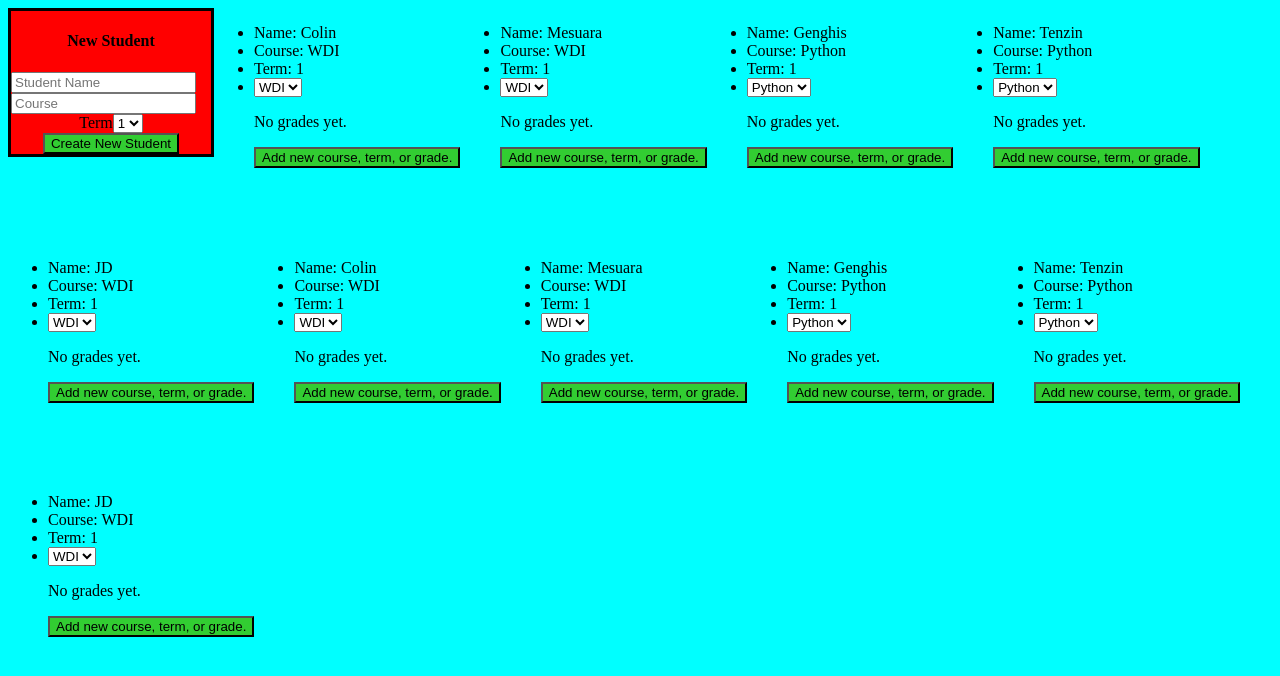
Repository: EdmontDantes/graderaide-ui
Page: index.html
An editor plug-in stored every save of this project. The page is shown before and after a run of saves, followed by the edit.
The browser window is 1280 px wide. The pictures show the whole page.

Above is the page before, as saved 2020-04-21 14:42:07.

### index.html
<html lang="en">
  <head>
    <title>Graderaide</title>
    <meta charset="UTF-8">
    <meta name="viewport" content="width=device-width, initial-scale=1">
    <link rel="stylesheet" type="text/css" href="style.css">
  </head>

  <body>
    <section class="app">
      <section class="student-display">

      <section class="new-student-input">
        <h1 id="text-h1-creation-section">New Student</h1>

        <div id="new-student-input-boxes">
          <!-- <label for="new-student-name">Student Name</label> -->
          <input id="new-student-name-input-box"type="text" class="new-student-name" name="new-student-name" placeholder="Student Name">
          <!-- <label for="new-student-course">Course</label> -->
          <input id="new-student-course-input-box" type="text" class="new-student-course" name="new-student-course" placeholder="Course">
        </div>

        <div id="new-student-input-options"
          <label for="new-student-term">Term</label>
          <select class="new-student-term" name="new-student-term">
            <option value="1">1</option>
            <option value="2">2</option>
            <option value="3">3</option>
          </select>
        </div>
        <section class="new-student-submit">
          <button type="submit" class="new-student-button">Create New Student</button>
        </section>
      </section>
    </section>

      <section class="student-display">
        <ul class="student-info">
          <li>Name: Colin</li>
          <li>Course: WDI</li>
          <li>Term: 1</li>
          <li>
            <select class="course-selection">
              <option value="wdi">WDI</option>
            </select>
            <p>No grades yet.</p>
          </li><button>Add new course, term, or grade.</button>
        </ul>
      </section>
      <section class="student-display">
        <ul class="student-info">
          <li>Name: Mesuara</li>
          <li>Course: WDI</li>
          <li>Term: 1</li>
          <li>
            <select class="course-selection">
              <option value="wdi">WDI</option>
            </select>
            <p>No grades yet.</p>
          </li><button>Add new course, term, or grade.</button>
        </ul>
      </section>

      <section class="student-display">
        <ul class="student-info">
          <li>Name: Genghis</li>
          <li>Course: Python</li>
          <li>Term: 1</li>
          <li>
            <select class="course-selection">
              <option value="python">Python</option>
            </select>
            <p>No grades yet.</p>
          </li><button>Add new course, term, or grade.</button>
        </ul>
      </section>

      <section class="student-display">
        <ul class="student-info">
          <li>Name: Tenzin</li>
          <li>Course: Python</li>
          <li>Term: 1</li>
          <li>
            <select class="course-selection">
              <option value="python">Python</option>
            </select>
            <p>No grades yet.</p>
          </li><button>Add new course, term, or grade.</button>
        </ul>
      </section>

      <section class="student-display">
        <ul class="student-info">
          <li>Name: JD</li>
          <li>Course: WDI</li>
          <li>Term: 1</li>
          <li>
            <select class="course-selection">
              <option value="wdi">WDI</option>
            </select>
            <p>No grades yet.</p>
          </li><button>Add new course, term, or grade.</button>
        </ul>
      </section>

      <section class="student-display">
        <ul class="student-info">
          <li>Name: Colin</li>
          <li>Course: WDI</li>
          <li>Term: 1</li>
          <li>
            <select class="course-selection">
              <option value="wdi">WDI</option>
            </select>
            <p>No grades yet.</p>
          </li><button>Add new course, term, or grade.</button>
        </ul>
      </section>
      <section class="student-display">
        <ul class="student-info">
          <li>Name: Mesuara</li>
          <li>Course: WDI</li>
          <li>Term: 1</li>
          <li>
            <select class="course-selection">
              <option value="wdi">WDI</option>
            </select>
            <p>No grades yet.</p>
          </li><button>Add new course, term, or grade.</button>
        </ul>
      </section>

      <section class="student-display">
        <ul class="student-info">
          <li>Name: Genghis</li>
          <li>Course: Python</li>
          <li>Term: 1</li>
          <li>
            <select class="course-selection">
              <option value="python">Python</option>
            </select>
            <p>No grades yet.</p>
          </li><button>Add new course, term, or grade.</button>
        </ul>
      </section>

      <section class="student-display">
        <ul class="student-info">
          <li>Name: Tenzin</li>
          <li>Course: Python</li>
          <li>Term: 1</li>
          <li>
            <select class="course-selection">
              <option value="python">Python</option>
            </select>
            <p>No grades yet.</p>
          </li><button>Add new course, term, or grade.</button>
        </ul>
      </section>

      <section class="student-display">
        <ul class="student-info">
          <li>Name: JD</li>
          <li>Course: WDI</li>
          <li>Term: 1</li>
          <li>
            <select class="course-selection">
              <option value="wdi">WDI</option>
            </select>
            <p>No grades yet.</p>
          </li><button>Add new course, term, or grade.</button>
        </ul>
      </section>
      </section>
    </section>
  </body>
</html>

### style.css
@media (min-width: 601px) and (max-width: 1100px);
body {
    background-color: aqua;
    display: flex;
    flex-wrap: wrap;
    justify-content: center;
}

.app {
    display: flex;
    flex-direction: row;
    flex-wrap: wrap;
}

#text-h1-creation-section {
    display: flex;
    flex-wrap: wrap;
    justify-content: center;
}

#new-student-input-options {
    display: flex;
    flex-wrap: wrap;
    justify-content: center;
}

.new-student-submit {
    display: flex;
    flex-wrap: wrap;
    justify-content: center;
}

.new-student-input {
    width: 200px;
    background-color: red;
    border: 3px solid black;

}
button {
    background-color: limegreen ;
}

After the next 2 saves:
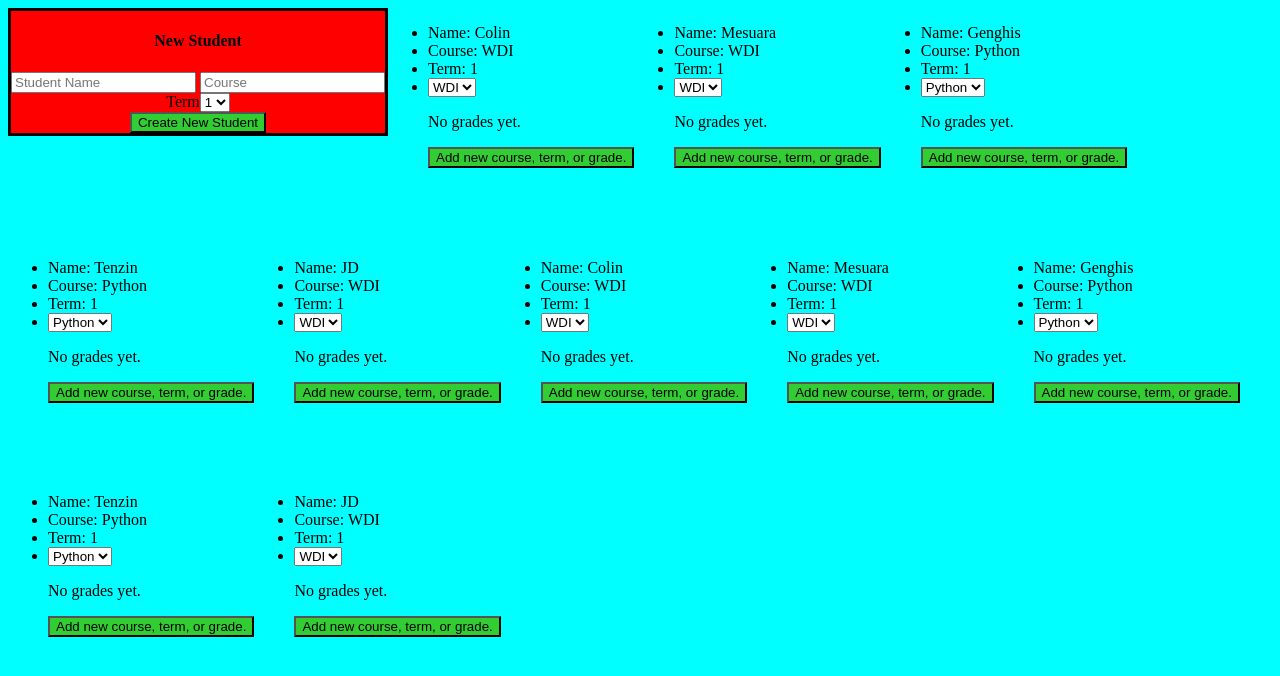
The 2 saves are shown as one change because they came seconds apart.
The last was saved 92 s later.
--- a/style.css
+++ b/style.css
@@ -31,7 +31,8 @@ body {
 }
 
 .new-student-input {
-    width: 200px;
+    display: grid;
+
     background-color: red;
     border: 3px solid black;
 
